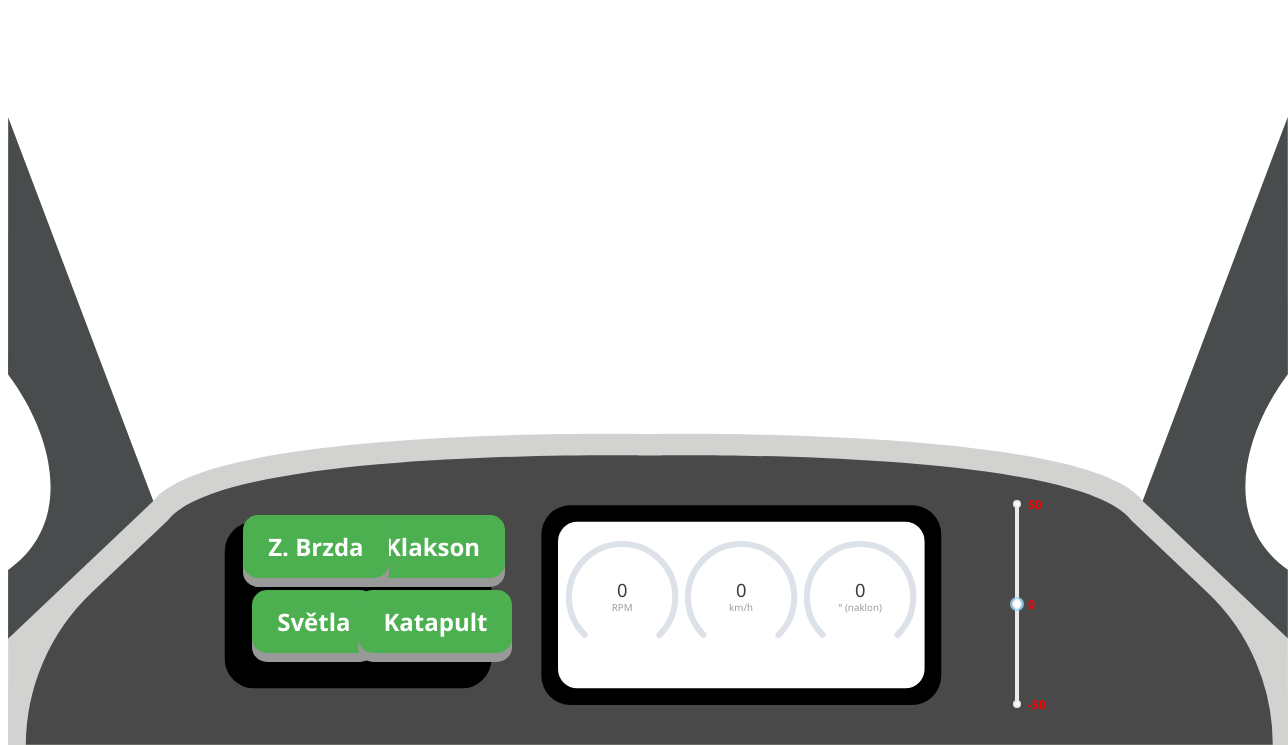
Repository: matyasvelc/train
Page: / (app in frontend/)
An editor plug-in stored every save of this project. The page is shown before and after the next save, followed by the edit.
The browser window is 1280 px wide. The page is 1288 px wide, so the pictures cover 1288 px, including what lies to the right of the window. The pictures show the whole page.
The page's requests for data from a server got no answer. The project was rebuilt for these pictures with package versions that can differ from the ones it lists, and the page was loaded fresh each time. No one was signed in, and anything a server would have sent is missing.

Above is the page before, as saved 2022-04-04 20:42:52.

### frontend/src/index.js
import React, { useEffect } from 'react'
import ReactDOM from 'react-dom'
import Progress from './lib/progress'
import './styles.css'
import Slider, { Range } from 'rc-slider';
import 'rc-slider/assets/index.css';

async function postData(url = '', data = {}) {
  // Default options are marked with *
  const response = await fetch(url, {
    method: 'POST', // *GET, POST, PUT, DELETE, etc.
    cache: 'no-cache', // *default, no-cache, reload, force-cache, only-if-cached
    headers: {
      'Content-Type': 'application/json'
    },
    redirect: 'follow', // manual, *follow, error
    referrerPolicy: 'no-referrer', // no-referrer, *no-referrer-when-downgrade, origin, origin-when-cross-origin, same-origin, strict-origin, strict-origin-when-cross-origin, unsafe-url
    body: JSON.stringify(data) // body data type must match "Content-Type" header
  });
  return response.json(); // parses JSON response into native JavaScript objects
}

const style = { float: 'left', width: 160, height: 200, marginBottom: 160, marginLeft: 50 };
const parentStyle = { overflow: 'hidden' };

const marks = {
  '-50': {
    style: {
      color: 'red',
    },
    label: <strong>-50</strong>,
  },
  0: {
    style: {
      color: 'red',
    },
    label: <strong>0</strong>,
  },
  50: {
    style: {
      color: 'red',
    },
    label: <strong>50</strong>,
  },
};

function App() {
  const [temp, setTemp] = React.useState()
  const [rpm, setRpm] = React.useState()
  const [speed, setSpeed] = React.useState()
  const [svetlo, setSvetlo] = React.useState()
  const [rychlost, setRychlost] = React.useState()

  useEffect(() => {
    const timer = setInterval(() => {
      fetch('http://127.0.0.1:5000/getSpeed')
        .then(res => {
          return res.json();
        })
        .then(data => {
          setSpeed(data.speed);
        });
    }, 1000);

    return () => clearInterval(timer);
  }, []);

  useEffect(() => {
    const timer = setInterval(() => {
      fetch('http://127.0.0.1:5000/getAngle')
        .then(res => {
          return res.json();
        })
        .then(data => {
          setTemp(data.angle);
        });
    }, 1000);

    return () => clearInterval(timer);
  }, []);

  useEffect(() => {
    const timer = setInterval(() => {
      fetch('http://127.0.0.1:5000/getRpm')
        .then(res => {
          return res.json();
        })
        .then(data => {
          setRpm(data.engine_speed);
        });
      }, 1000);

      return () => clearInterval(timer);
  }, []);

  function Svetlo() {
    console.log(svetlo);
    setSvetlo(!svetlo);
    postData('http://127.0.0.1:5000/setLightStatus', {"lights": !svetlo})
  }

  function Rychlost(value) {
    console.log(value);
    setRychlost(value);
    postData('http://127.0.0.1:5000/setSpeed', {"speed": value})
  }

  return (
    <div className="demo">
      <div className='vlak'>
      <Progress
        className="budik1"
        progress={rpm}
        max={500}
        subtitle="RPM"
        reduction={0.25}
        hideBall
        strokeWidth={10}
        gradient={[{stop: 0.0, color: '#f6416d'}, {stop: 1, color: '#fa6d7c'}]} />
      <Progress
      className="budik2"
        progress={speed}
        max={100}
        subtitle="km/h"
        reduction={0.25}
        hideBall
        strokeWidth={10} />
      <Progress
      className="budik3"
        progress={temp}
        min={-45}
        max={45}
        subtitle="° (naklon)"
        strokeWidth={10}
        reduction={0.25}
        hideBall
        gradient={[{stop: 0.0, color: '#f6416d'}, {stop: 1, color: '#fa6d7c'}]} />
        </div>
        <input id='svetla' class="svetla" onClick={Svetlo} checked={svetlo} type='checkbox'></input>
        <label class="button a" htmlFor='svetla'>Světla</label>
        <button class="button b">Katapult</button>
        <button class="button c">Klakson</button>
        <button class="button d">Z. Brzda</button>
        <div style={parentStyle}>
          <div style={style} className="rychlost">
            <Slider vertical min={-50} max={50} step={2} marks={marks} included={false} onAfterChange={Rychlost} defaultValue={0}/>
          </div>
        </div>
        </div>
  )
}

ReactDOM.render(<App />, document.getElementById('root'))

### frontend/src/styles.css
body {
  background: none;
  font-family: 'Segoe UI', Tahoma, Geneva, Verdana, sans-serif;
  caret-color: transparent;
  user-select: none;
  overflow: hidden;
  padding: 0;
  left: 0;
  width: 100%;
  height: 100%;
}

.demo {
  width: 100%;
  height: 100%;
  left: 0;
  display: inline-block;
  background-image: url(./nosignal.gif);
}
.vlak {
  background-image:url(./train.svg);
  background-repeat: no-repeat;
  background-size: 100%;
  width: 100%;
  height: 100%;
  overflow: hidden;
  background-position: bottom;
  position: absolute;
  display: inline-block;
}
.budik1{
  position: absolute;
  top: 71%;
  left: 43.2%;
  width: 9.55%;
}
.budik2{
  position: absolute;
  top: 71%;
  left: 52.5%;
  width: 9.55%;
}
.budik3{
  position: absolute;
  top: 71%;
  left: 61.8%;
  width: 9.55%;
}
.button {
  font-family: 'Segoe UI', Tahoma, Geneva, Verdana, sans-serif;
  display: inline-block;
  padding: 15px 25px;
  font-size: 24px;
  cursor: pointer;
  text-align: center;
  text-decoration: none;
  outline: none;
  color: #fff;
  background-color: #4CAF50;
  border: none;
  border-radius: 15px;
  box-shadow: 0 9px #999;
  caret-color: transparent;
  user-select: none;
  font-weight:600;
  position: absolute;
}
.button:active {
  background-color: #3e8e41;
  box-shadow: 0 5px #666;
  transform: translateY(4px);
}
.a{
  position: absolute;
  top: 82%;
  left: 19.7%;
}
.b{
  position: absolute;
  top: 82%;
  left: 28%;
}
.c{
  position: absolute;
  top: 71.5%;
  left: 28.12%;
}
.d{
  position: absolute;
  top: 71.5%;
  left: 19%;
}
.svetla{
  display: none;
  caret-color: transparent;
  user-select: none;
  position: absolute;
}
.svetla:checked + .button{
  background-color: #3e8e41;
  box-shadow: 0 5px #666;
  transform: translateY(4px);
}
.rychlost{
  user-select:none;
  position: absolute;
  top: 70%;
  left: 75%;
}

### frontend/src/lib/progress.module.css
.progress {
  font-family: 'Segoe UI', Tahoma, Geneva, Verdana, sans-serif;
  width: 200px;
}

.svg {
  display: block;
  width: 100%;
}

Loaded but not shown: frontend/public/index.html (common file); frontend/src/lib/progress.js (library)

After the next save:
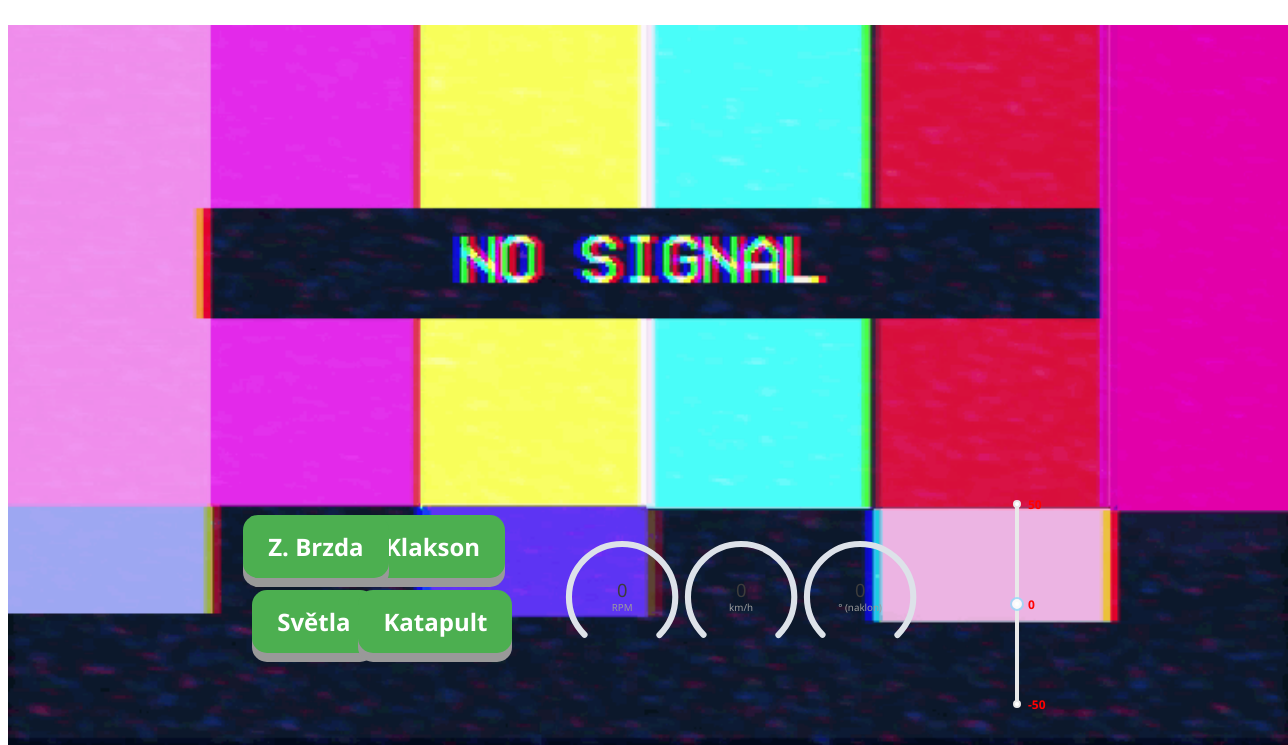
Saved 37 s later.
--- a/frontend/src/styles.css
+++ b/frontend/src/styles.css
@@ -18,7 +18,7 @@ body {
   background-image: url(./nosignal.gif);
 }
 .vlak {
-  background-image:url(./train.svg);
+  background-image:url(./nosignal.gif), url(./train.svg);
   background-repeat: no-repeat;
   background-size: 100%;
   width: 100%;
